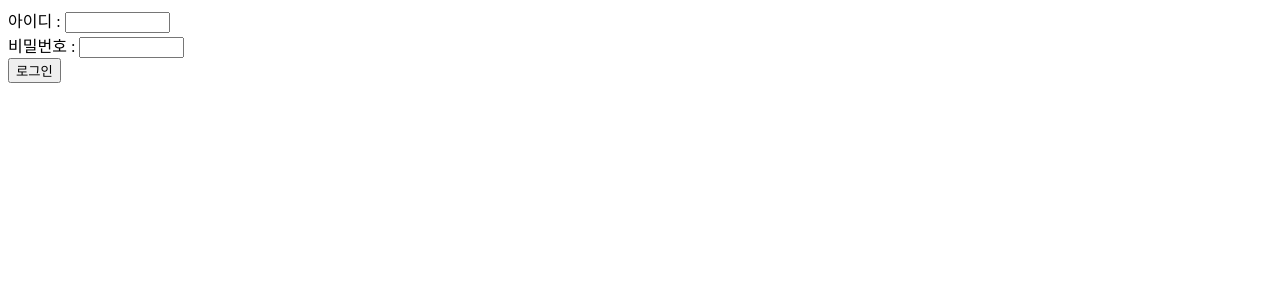
Repository: SeungMok/login_practice
Page: http://localhost/Login_practice/login.jsp
An editor plug-in stored every save of this project. The page is shown before and after the next save, followed by the edit.
The browser window is 1280 px wide. The pictures show the whole page.
The page is served by Tomcat 9.

Above is the page before, as saved 2020-03-19 17:02:43.

After the next save:
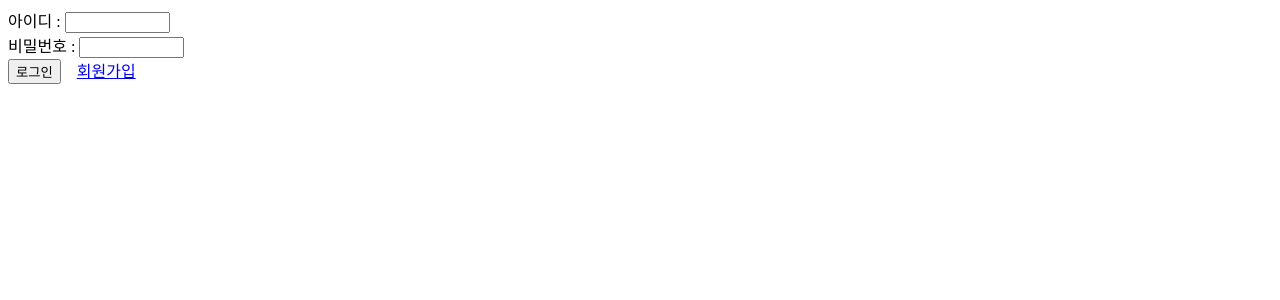
Saved 8 min 4 s later.
--- a/Login_practice/WebContent/login.jsp
+++ b/Login_practice/WebContent/login.jsp
@@ -12,6 +12,7 @@
 		비밀번호 : <input type="password" name="pw" size=10></br>
 		<input type="submit" value="로그인"> &nbsp;&nbsp;
 		<iuput type="button" value="회원가입" onclick="javascript:window.location='join.jsp'">
+		<a href="join.html"> 회원가입</a>
 	</form>
 </body>
 </html>
